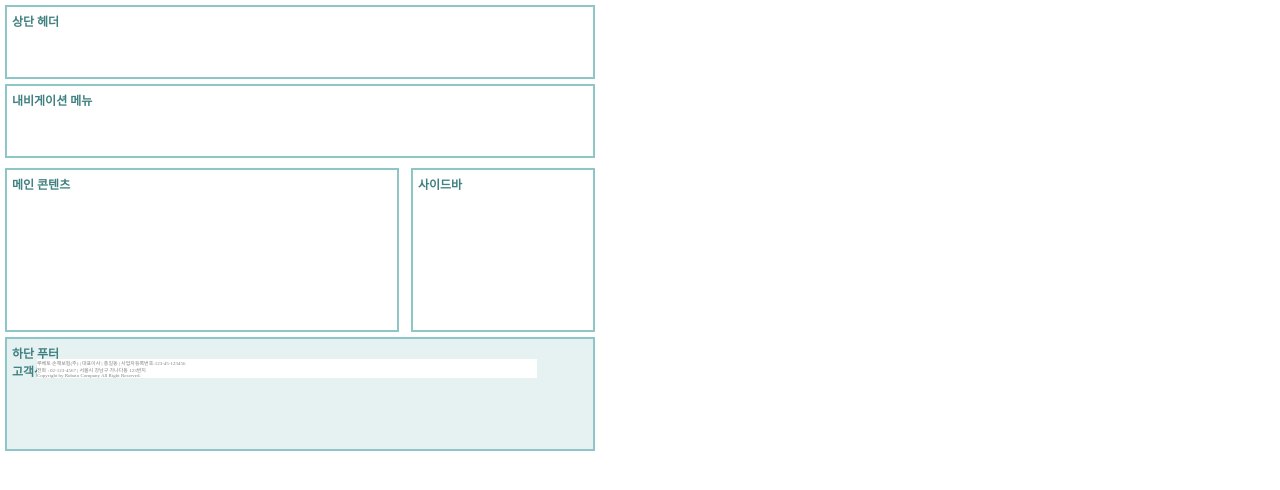
Repository: yeonddu/green_css
Page: web/pro01/songyeonsu/songyeonsu_3.html
These files come from the project's save history. The page is drawn as it stood at one moment and after the next save; the edit follows.
The browser window is 1280 px wide. The pictures show the whole page.

Above is the page before, as saved 2022-12-14 05:46:24.

After the next save:
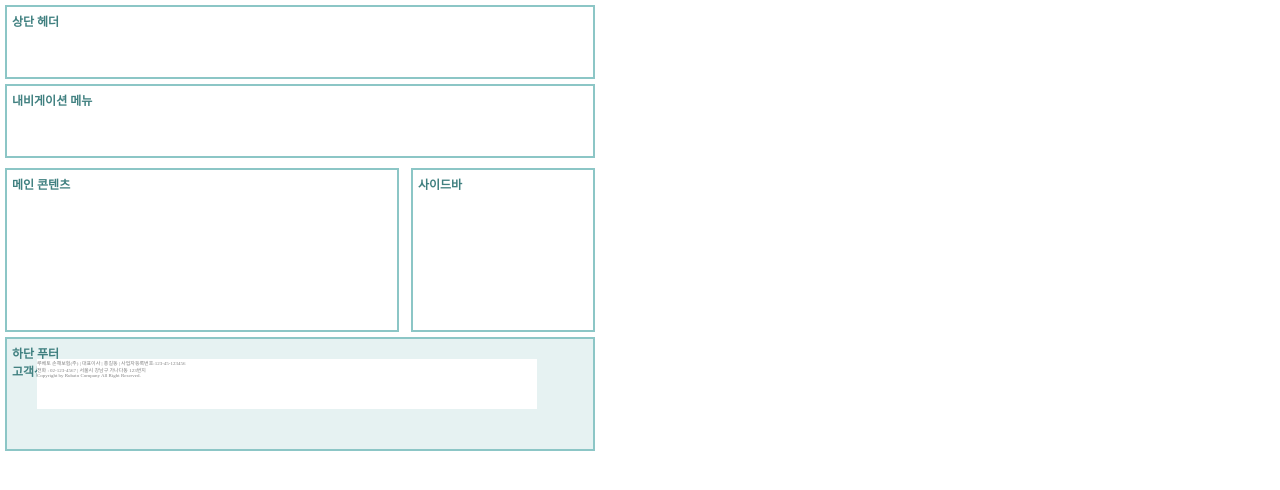
Saved 32 s later.
--- a/web/pro01/songyeonsu/songyeonsu_3.html
+++ b/web/pro01/songyeonsu/songyeonsu_3.html
@@ -46,11 +46,13 @@
 	}
 
 	#address {
-		background:white;
-		width:500px;
+
 		position:absolute;
 		top:20px;
 		left:30px;
+		width:500px;
+		height:50px;
+		background:white;
 		font-size:5px;
 		font-weight:normal;
 		color:gray;
